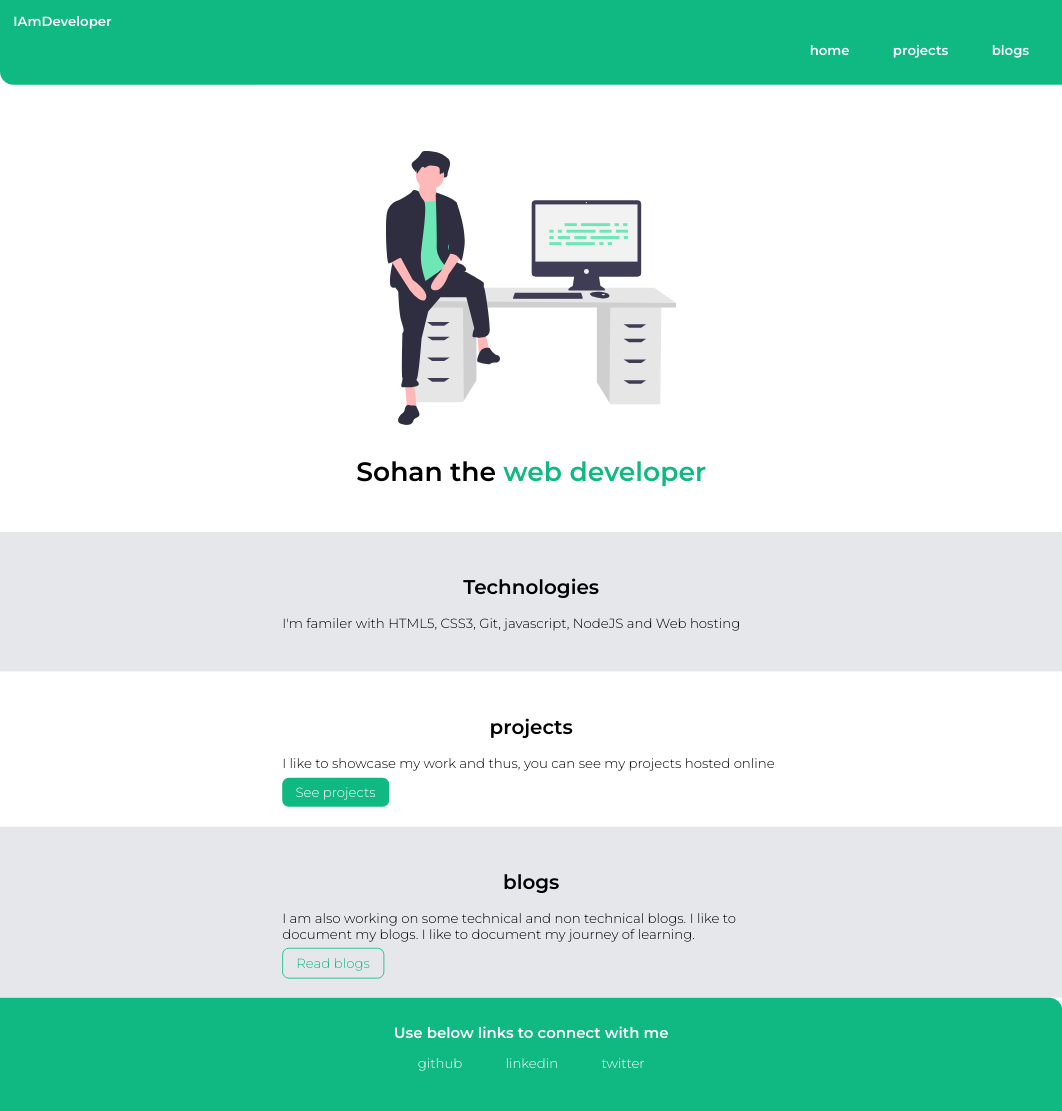
Repository: sohan2503001/Portfolio
Page: index.html
The author's editor kept a copy of each file at every save. The page is drawn from the files as they stood at one save, then again after the next save.
The browser window is 1280 px wide. The pictures show the whole page, at 83% of full size.

Above is the page before, as saved 2021-03-28 02:12:30.

After the next save:
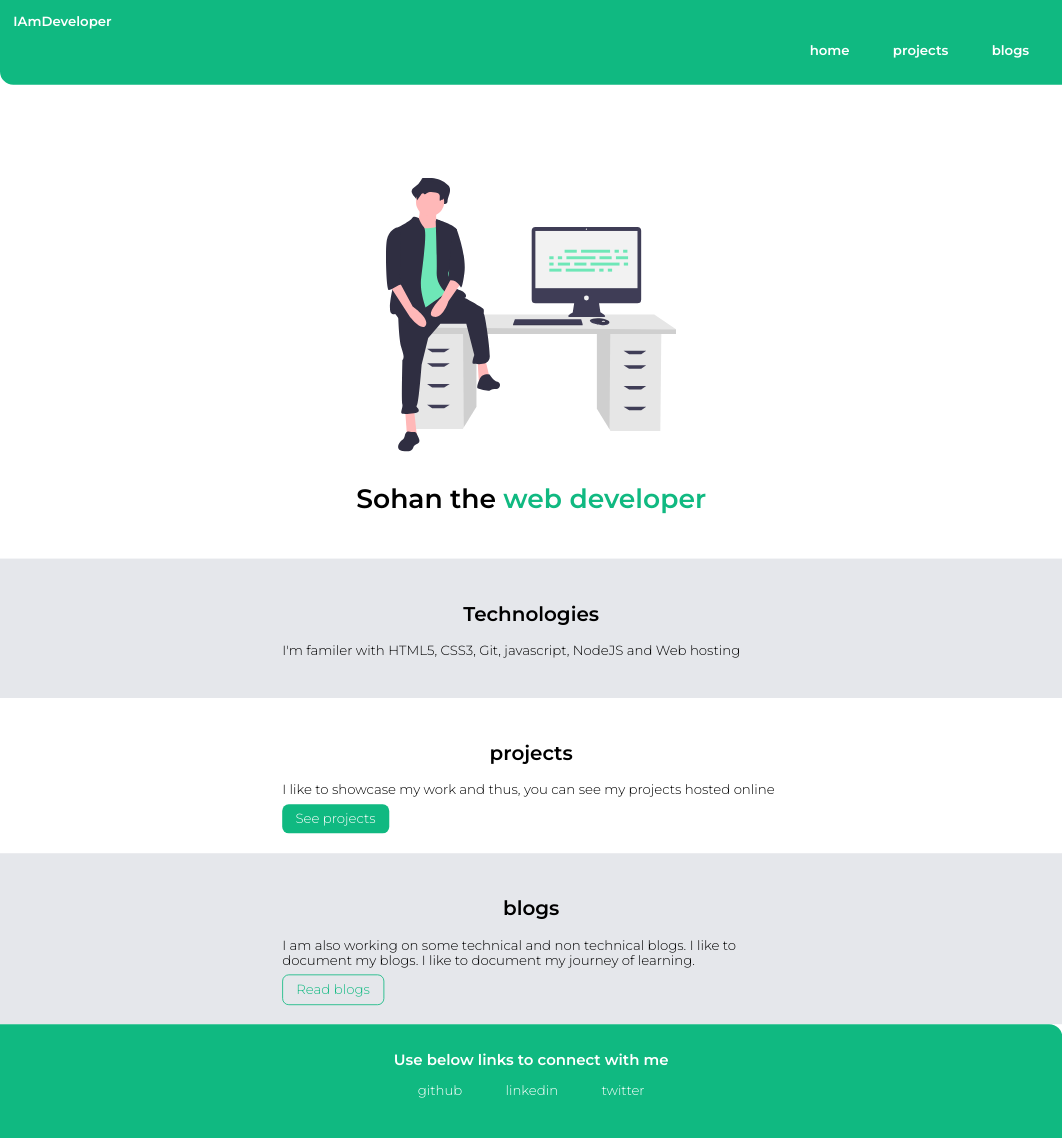
Saved 7 s later.
--- a/style.css
+++ b/style.css
@@ -84,7 +84,7 @@ hr{
 
 .hero{
     padding: 2rem;
-    padding-top: 5rem;
+    padding-top: 7rem;
 }
 
 .hero .hero-img{

After the 2 saves that followed:
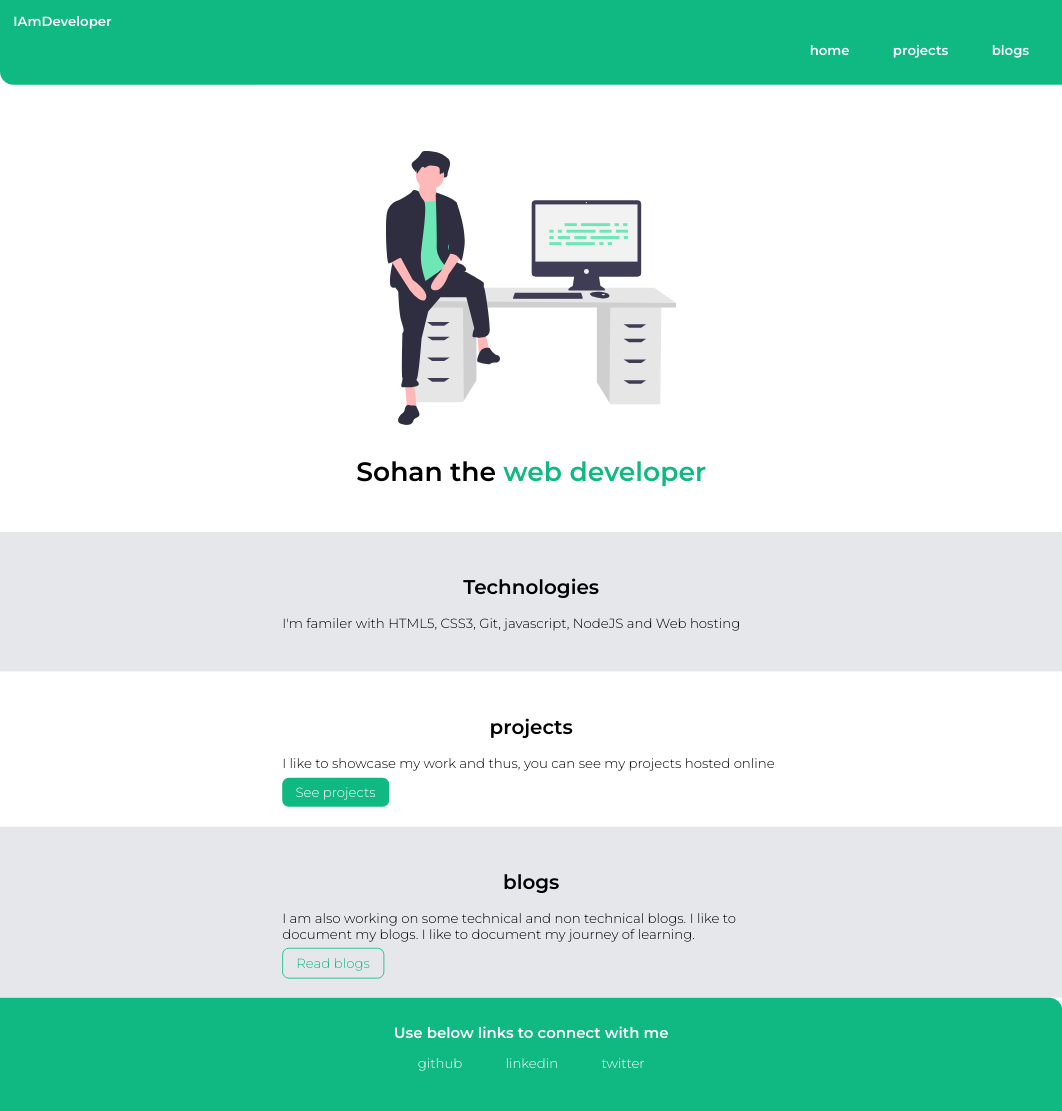
The 2 saves are shown as one change because they came seconds apart.
The last was saved 6 s later.
--- a/style.css
+++ b/style.css
@@ -84,7 +84,7 @@ hr{
 
 .hero{
     padding: 2rem;
-    padding-top: 7rem;
+    padding-top: 5rem;
 }
 
 .hero .hero-img{
